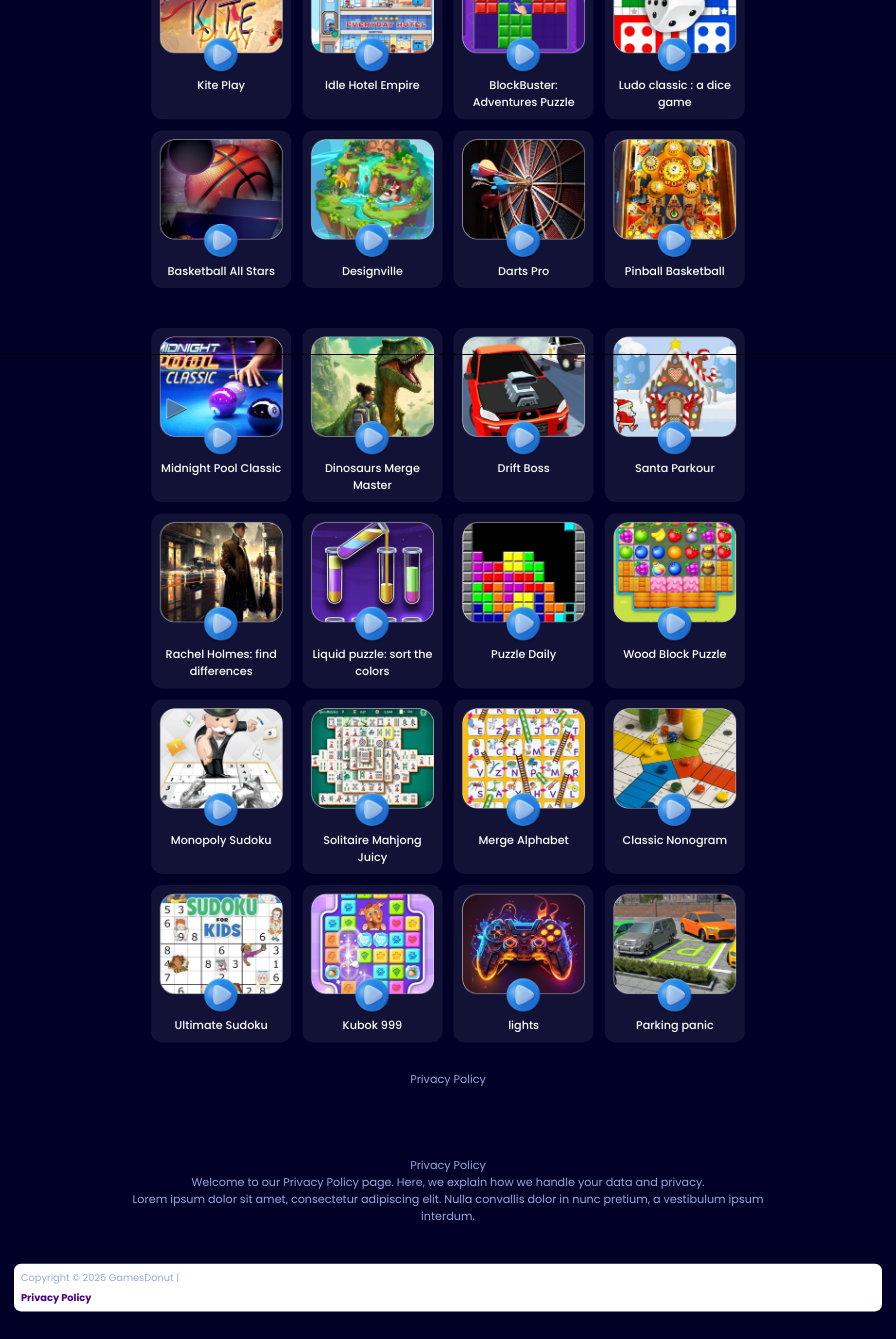
Repository: meenadabhii/jpygames.com
Page: http://localhost/
The author's editor kept a copy of each file at every save. The page is drawn from the files as they stood at one save, then again after the next save.
The browser window is 1280 px wide. The pictures show the part of the page from y = 2399 to 4319 px (the page is 4312 px tall before and 4319 px after), at 70% of full size.
Some web libraries are served in a nearby version. The page is served by the project's Node server (app.js).

Above is the page before, as saved 2025-02-08 10:26:22.
Console error: ReferenceError: googletag is not defined

### nodejs/views/home.ejs
<%- include('header') %>

<main class="max-w-[1024px] m-auto">
    <div class="px-3">
        <div class="px-2">

            <div class="flex flex-wrap justify-center gap-4 pb-10">
                <% for (let i = 0; i < games.length; i++) {
                    const element = games[i];
                    %>
                    <div class="p-3 bg-[#121237] rounded-2xl max-w-[150px] sm:max-w-[200px]">
                        <img src="<%- element.img %>" alt="" class="rounded-xl w-full" loading="lazy">
                        <a href="/game/<%- element.slug %>">
                            <img src="./image/play_button.png" alt="" class="w-[60px] m-auto mt-[-25px]">
                        </a>
                        <div class="text-center text-[#ffffff] font-medium"><%- element.name %></div>
                    </div>
                    <%
                    if(i == 7){
                        %>
                        <div class="p-3 w-full">
                            <div id='div-gpt-ad-1720714168712-0' style='min-width: 336px; '>
                                <script>
                                    googletag.cmd.push(function() { googletag.display('div-gpt-ad-1720714168712-0'); });
                                </script>
                            </div>
                        </div>
                        <%
                    }
                    if(i == 15){
                        %>
                        <div class="p-3 w-full">
                            <div id='div-gpt-ad-1720714228348-0' style='min-width: 336px; '>
                                <script>
                                    googletag.cmd.push(function() { googletag.display('div-gpt-ad-1720714228348-0'); });
                                </script>
                            </div>
                        </div>
                        <%
                    }
                    if(i == 23){
                        %>
                        <div class="p-3 w-full">
                            <div id='div-gpt-ad-1720714287596-0' style='min-width: 336px;'>
                                <script>
                                    googletag.cmd.push(function() { googletag.display('div-gpt-ad-1720714287596-0'); });
                                </script>
                            </div>
                        </div>
                        <%
                    }
                    if(i == 31){
                        %>
                        <div class="p-3 w-full">
                            <div id='div-gpt-ad-1720714417761-0' style='min-width: 300px; min-height: 1px;'>
                                <script>
                                    googletag.cmd.push(function() { googletag.display('div-gpt-ad-1720714417761-0'); });
                                </script>
                            </div>
                        </div>
                        <%
                    }
                    if(i == 39){
                        %>
                        <div class="p-3 w-full">
                            <div id='div-gpt-ad-1720714467600-0' style='min-width: 300px; min-height: 1px;'>
                                <script>
                                    googletag.cmd.push(function() { googletag.display('div-gpt-ad-1720714467600-0'); });
                                </script>
                            </div>
                        </div>
                        <%
                    }
                } %>
            </div>
        </div>
    </div>
</main>

<%- include('footer') %>

### nodejs/views/header.ejs
<!DOCTYPE html>
<html lang="en">
<head>
    <meta charset="UTF-8">
    <meta name="viewport" content="width=device-width, initial-scale=1.0">
    <title>JPV Game</title>
    <script src="https://cdn.tailwindcss.com"></script>

    <link rel="preconnect" href="https://fonts.googleapis.com">
    <link rel="preconnect" href="https://fonts.gstatic.com" crossorigin>
    <link href="https://fonts.googleapis.com/css2?family=Poppins:wght@400;500;600;700;800&display=swap" rel="stylesheet">

    <link href="https://cdn.jsdelivr.net/npm/daisyui@4.10.5/dist/full.min.css" rel="stylesheet" type="text/css" />

    <link rel="icon"  href="/image/logo.png" />


    <!-- <link rel="icon" type="image/png" href="/nodejs/public/image/logo.png"> -->




    <!-- ads -->
    <script async src="https://securepubads.g.doubleclick.net/tag/js/gpt.js"></script>

    <!-- Google tag (gtag.js) -->
    <script async src="https://www.googletagmanager.com/gtag/js?id=G-5GJYH51WPM"></script>


    <style>
        *{
            font-family: "Poppins", sans-serif;
        }

        #loading-screen {
            position: fixed;
            top: 0;
            left: 0;
            width: 100%;
            height: 100%;
            background-color: #010127;
            display: flex;
            justify-content: center;
            align-items: center;
            z-index: 9999;
            transition: opacity 0.5s ease;
            flex-direction: column;
        }
        #loading-screen.hidden {
            opacity: 0;
            pointer-events: none;
        }
        .spinner {
            border: 4px solid rgba(0, 0, 0, 0.1);
            border-top: 4px solid #333;
            border-radius: 50%;
            width: 40px;
            height: 40px;
            animation: spin 1s linear infinite;
        }
        @keyframes spin {
            0% { transform: rotate(0deg); }
            100% { transform: rotate(360deg); }
        }
    </style>

</head>
<body class="bg-[#010127]">
    <input id="my-drawer" type="checkbox" class="drawer-toggle" />
    <div class="py-3 flex px-3 place-items-center">
        <div class="drawer-content">
            <label for="my-drawer" class="cursor-pointer">
                <svg width="27" height="29" viewBox="0 0 27 29" fill="none" xmlns="http://www.w3.org/2000/svg">
                    <path d="M1.02857 11.6293H21.6C21.8728 11.6293 22.1344 11.5009 22.3273 11.2724C22.5202 11.0439 22.6286 10.7339 22.6286 10.4107C22.6286 10.0875 22.5202 9.77754 22.3273 9.54901C22.1344 9.32047 21.8728 9.19208 21.6 9.19208H1.02857C0.755777 9.19208 0.494156 9.32047 0.301261 9.54901C0.108367 9.77754 0 10.0875 0 10.4107C0 10.7339 0.108367 11.0439 0.301261 11.2724C0.494156 11.5009 0.755777 11.6293 1.02857 11.6293Z" fill="white"/>
                    <path d="M0 1.74463C7.27101e-05 2.06781 0.108463 2.37772 0.301342 2.60624C0.494221 2.83476 0.7558 2.96318 1.02857 2.96326H25.7143C25.9871 2.96326 26.2487 2.83487 26.4416 2.60633C26.6345 2.3778 26.7429 2.06783 26.7429 1.74463C26.7429 1.42143 26.6345 1.11147 26.4416 0.882929C26.2487 0.654392 25.9871 0.526001 25.7143 0.526001H1.02857C0.7558 0.526087 0.494221 0.654506 0.301342 0.883025C0.108463 1.11154 7.27101e-05 1.42146 0 1.74463Z" fill="white"/>
                    <path d="M1.02857 20.2946H18.8571C19.1299 20.2946 19.3916 20.1662 19.5845 19.9377C19.7773 19.7092 19.8857 19.3992 19.8857 19.076C19.8857 18.7528 19.7773 18.4428 19.5845 18.2143C19.3916 17.9858 19.1299 17.8574 18.8571 17.8574H1.02857C0.755777 17.8574 0.494156 17.9858 0.301261 18.2143C0.108367 18.4428 0 18.7528 0 19.076C0 19.3992 0.108367 19.7092 0.301261 19.9377C0.494156 20.1662 0.755777 20.2946 1.02857 20.2946Z" fill="white"/>
                    <path d="M1.02857 28.9607H14.7429C15.0157 28.9607 15.2773 28.8323 15.4702 28.6038C15.6631 28.3752 15.7714 28.0653 15.7714 27.7421C15.7714 27.4189 15.6631 27.1089 15.4702 26.8804C15.2773 26.6518 15.0157 26.5234 14.7429 26.5234H1.02857C0.755777 26.5234 0.494156 26.6518 0.301261 26.8804C0.108367 27.1089 0 27.4189 0 27.7421C0 28.0653 0.108367 28.3752 0.301261 28.6038C0.494156 28.8323 0.755777 28.9607 1.02857 28.9607Z" fill="white"/>
                </svg>
            </label>
        </div>
        <a href="/" class="w-full"><img src="/image/logo.png" class="w-[150px] m-auto"></a>
    </div>
    <div class="drawer-side">
        <label for="my-drawer" aria-label="close sidebar" class="drawer-overlay"></label>
        <ul class="menu p-4 w-80 min-h-full bg-base-200 text-base-content bg-[#02001e7d] backdrop-blur-lg text-[#fff] max-[350px]:w-auto">
            <label class="ml-auto cursor-pointer" for="my-drawer" aria-label="close sidebar">
                <svg width="18" height="18" viewBox="0 0 18 18" fill="#ffffff" xmlns="http://www.w3.org/2000/svg">
                    <path d="M10.1665 9.00805L17.762 1.43822C18.0793 1.11791 18.0793 0.598995 17.762 0.278681C17.4503 -0.0473594 16.9355 -0.0571515 16.6118 0.256802L9.01628 7.82663L1.51839 0.256802C1.36467 0.0928811 1.15078 0 0.927025 0C0.703266 0 0.489378 0.0928811 0.335658 0.256802C0.0543006 0.566276 0.0543006 1.04123 0.335658 1.35071L7.83354 8.9096L0.238001 16.4685C-0.0793336 16.7888 -0.0793336 17.3077 0.238001 17.628C0.389074 17.784 0.596845 17.871 0.813092 17.8687C1.03351 17.8867 1.25202 17.8159 1.42074 17.6718L9.01628 10.102L16.6118 17.7593C16.7629 17.9153 16.9707 18.0022 17.1869 18C17.4029 18.001 17.6102 17.9142 17.762 17.7593C18.0793 17.439 18.0793 16.9201 17.762 16.5998L10.1665 9.00805Z" fill="#ffffff"/>
                </svg>
            </label>
            <li class="mx-auto">
                <a href="/" class="w-full"><img src="/image/logo.png" class="w-[150px] m-auto"></a>
            </li>
            <li>
                <hr class="rounded-none">
            </li>
            <li>
                <a href="/">
                    <img src="/icon/home.png" alt="home" class="w-[40px]">
                    <label>Home</label>
                </a>
            </li>
            <li>
                <a href="/category/action">
                    <img src="/icon/home.png" alt="home" class="w-[40px]">
                    <label>Action</label>
                </a>
            </li>
        </ul>
    </div>

### nodejs/views/footer.ejs
<div id="loading-screen">
    <img src="/image/logo.png" alt="loding logo">
    <div class="spinner"></div>
</div>
<a href="/privacy-policy.html">Privacy Policy</a>
<script>
    window.addEventListener('load', function(){
        const loadingScreen = document.getElementById('loading-screen');
        loadingScreen.classList.add('hidden');
    });
</script>
<div class="px-3">
    <div class="px-2">
        <div class="flex flex-wrap justify-center gap-4 pb-10">
            <title>Privacy Policy</title>
    <style>
        body {
            background-color: #0B0D21;
            color: rgb(151, 168, 223);
            font-family: Arial, sans-serif;
            text-align: center;
        }
        .container {
            width: 80%;
            margin: auto;
            padding: 20px;
        }
        .navbar {
            display: flex;
            align-items: baseline;
            padding: var(--navbar-padding, .5rem);
            min-height: 4rem;
            width: 43%;

        }
        .navbar a {
            color: hsl(275, 38%, 94%);
            text-decoration: none;
            margin: 0 10px;
            font-weight: bold;
            align-items:center;
            margin-left: -133%;
        }
        .footer {
            background: white;
            padding: 10px;
            border-radius: 10px;
            margin-top: 20px;
        }
        .footer a {
            color: #4B0082;
            text-decoration: none;
            font-weight: bold;
        }
        .social-icons img {
            width: 30px;
            margin: 10px;
        }
    </style>
</head>
<body>
    <div class="navbar" >
        <a href="#">All Games</a>
        <a href="#">Action</a>
        <a href="#">Arcade</a>
        <a href="#">Casual</a>
        <a href="#">Puzzle</a>
        <a href="#">Quiz</a>
        <a href="#">Sports</a>
        <a href="#">Board</a>
        <a href="#">Match 3</a>
        <a href="#">Card</a>
    </div>

    <div class="container">
        <h1>Privacy Policy</h1>
        <p>Welcome to our Privacy Policy page. Here, we explain how we handle your data and privacy.</p>
        <p>Lorem ipsum dolor sit amet, consectetur adipiscing elit. Nulla convallis dolor in nunc pretium, a vestibulum ipsum interdum.</p>
    </div>

    <div class="footer">
        <p>Copyright &copy; 2025 GamesDonut | <a href="#">Privacy Policy</a></p>
    </div>
</body>
</div>
</div>
</div>

</body>
</html>

### nodejs/app.js

const express = require('express')
const app = express()
const port = 6600
const ejs = require('ejs')
const path = require('path')
const fs = require('fs')

app.use(express.static('public'))
app.set('views', path.join(__dirname,'/views'))
app.set('view engine', 'ejs')

const games = JSON.parse(fs.readFileSync('./game.json','utf-8'));

app.use(express.static(path.join(__dirname, 'public')));

app.get('/privacy-policy.html', (req, res) => {
    res.sendFile(path.join(__dirname, 'views', 'privacy-policy.html'));
});

app.get('/', (req, res) => {
    return res.render('home',{games});
})

app.get('/game/:name', (req, res) => {
    const find = games.filter(i => i.slug == req.params.name);
    const newdata = [...Array(8)].map(i => games[(Math.floor(Math.random() * games.length))]);

    if (!find.length) {
        return res.send('404')
    }
    return res.render('singel',{data:find[0], newdata});
})

app.get('/category/:name', (req, res) => {
    const find = games.filter(i => i.type == req.params.name);
    if (!find.length) {
        return res.send('404')
    }
    return res.render('category',{data:find});
})

app.get('/game/:name/play', (req, res) => {
    const find = games.filter(i => i.slug == req.params.name);
    if (!find.length) {
        return res.send('404')
    }
    return res.render('play',{data:find[0]});
})

app.listen(port, () => {
    console.log(`Example app listening on port ${port}`)
})

Loaded but not shown: nodejs/game.json (401 lines, source omitted)

After the next save:
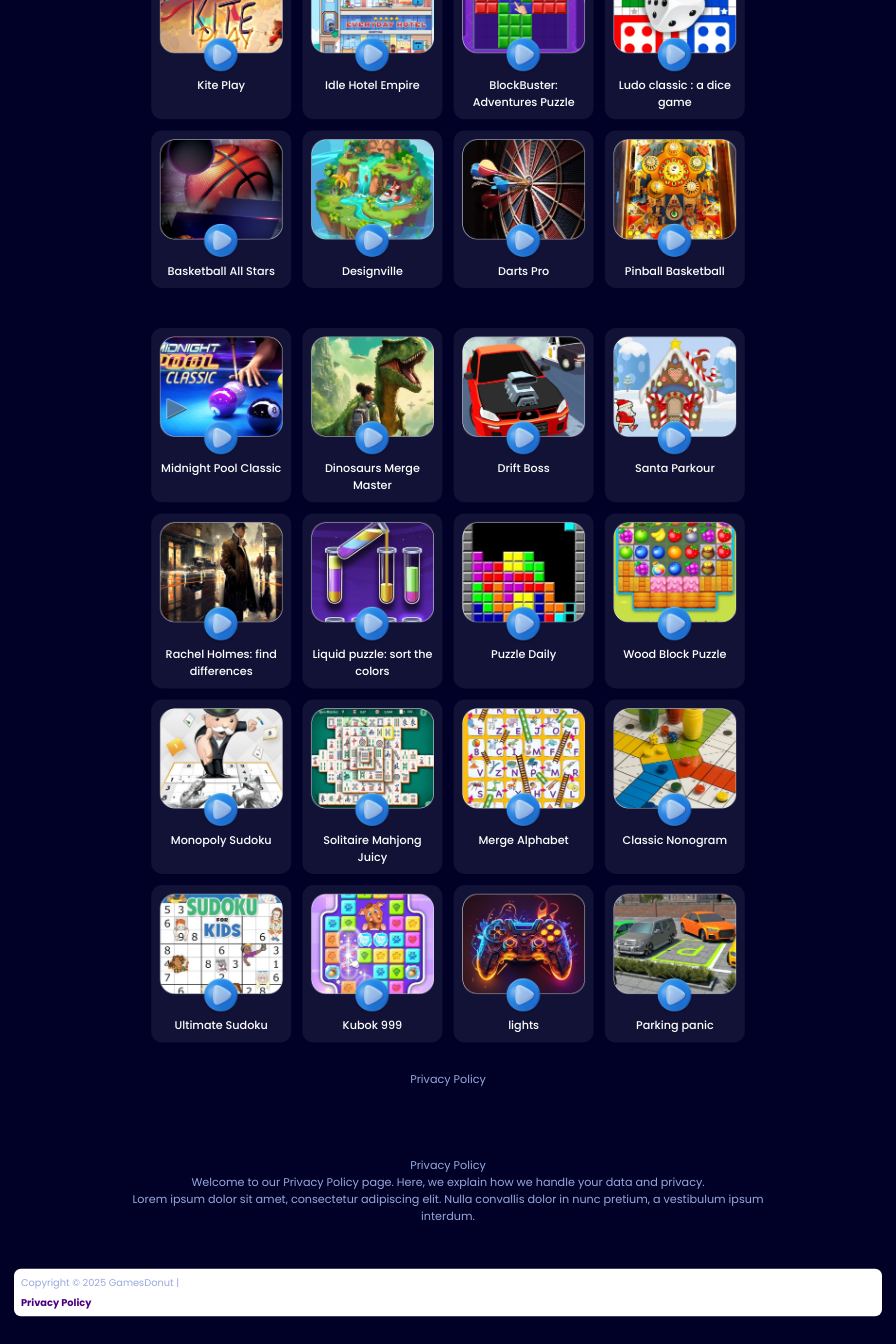
Saved 91 s later.
--- a/nodejs/views/footer.ejs
+++ b/nodejs/views/footer.ejs
@@ -45,7 +45,7 @@
             background: white;
             padding: 10px;
             border-radius: 10px;
-            margin-top: 20px;
+            margin-top: 27px;
         }
         .footer a {
             color: #4B0082;
